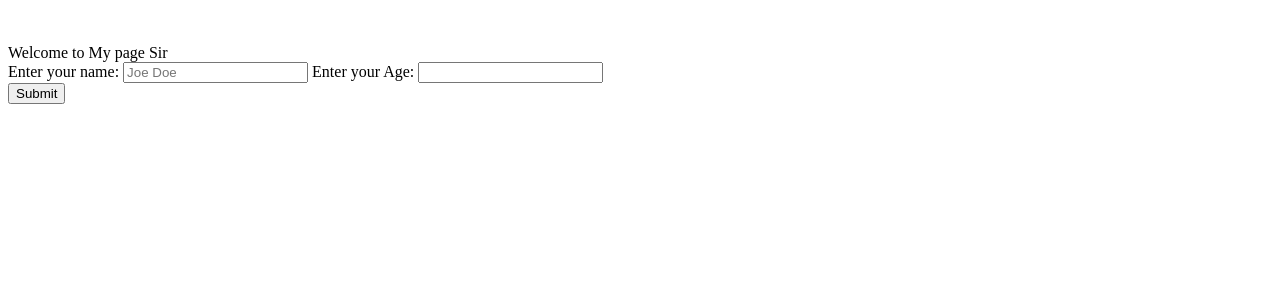
Repository: Trailblazer-dev/Academic-Trip-Booking-System
Page: Demo/src/main/webapp/Welcome.html
An editor plug-in stored every save of this project. The page is shown before and after the next save, followed by the edit.
The browser window is 1280 px wide. The pictures show the whole page.

Above is the page before, as saved 2025-02-20 02:16:13.

### Demo/src/main/webapp/Welcome.html
<!DOCTYPE html>
<html>
<head>
<meta charset="UTF-8">
<title>Welcome</title>
</head>
<body>
<br>
	<form action="Welcome.jsp" method="post">
		<thead>
		<br>
			<tr>
				<td>Welcome to My page</td>
				<td>Sir</td><br>

			</tr>
		</thead>
		<tbody>
			<tr>
				<td>Enter your name:</td>
				<td><input type="text" required placeholder="Joe Doe" name="name" /></td>
			</tr>
			<tr>
				<td>Enter your Age:</td>
				<td>
					<input type="number" name="age" required/>
				</td>
			</tr>
			<br>
		</tbody>
		<input type="submit" />
	</form>
</body>
</html>

After the next save:
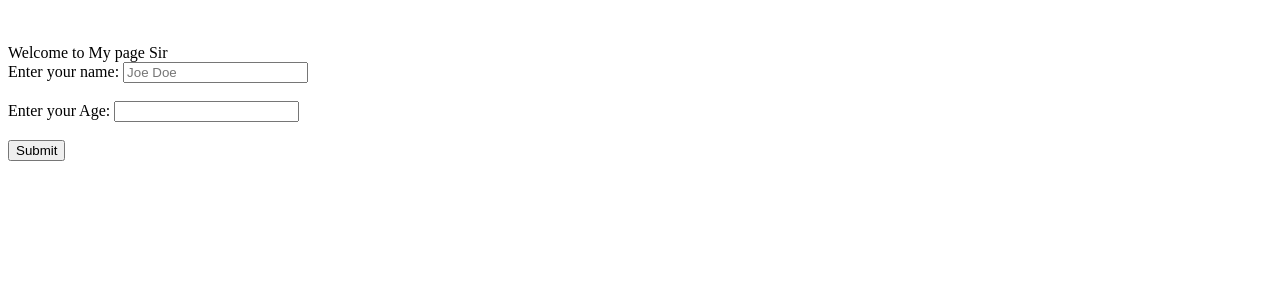
Saved 9 s later.
--- a/Demo/src/main/webapp/Welcome.html
+++ b/Demo/src/main/webapp/Welcome.html
@@ -20,6 +20,7 @@
 				<td>Enter your name:</td>
 				<td><input type="text" required placeholder="Joe Doe" name="name" /></td>
 			</tr>
+			<br><br>
 			<tr>
 				<td>Enter your Age:</td>
 				<td>
@@ -27,6 +28,7 @@
 				</td>
 			</tr>
 			<br>
+			<br>
 		</tbody>
 		<input type="submit" />
 	</form>
